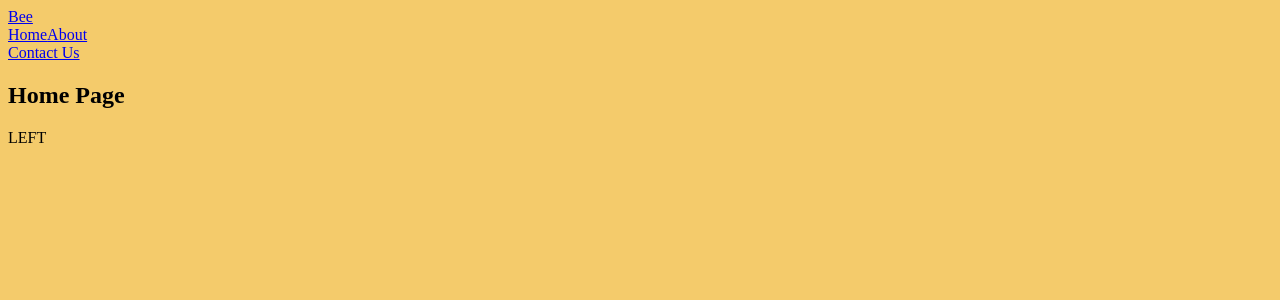
Repository: ble-syn/Random-user-generator-app
Page: /
These files come from the project's save history. The page is drawn as it stood at one moment and after the next save; the edit follows.
The browser window is 1280 px wide. The pictures show the whole page.
The project was rebuilt for these pictures with package versions that can differ from the ones it lists, and the page was loaded fresh each time. Also part of the build but not shown: src/pages/About.jsx, src/pages/Policy.jsx, src/pages/Terms.jsx, src/pages/Contact.jsx, src/pages/NotFound.jsx.

Above is the page before, as saved 2022-10-26 00:23:56.

### src/index.css
body {
  background-color: #F4CB6B;
}

### src/App.js
import { BrowserRouter as Router, Routes, Route, Navigate} from "react-router-dom";
import Navbar from "./components/Navbar";
import Home from "./pages/Home";
import About from "./pages/About";
import Policy from "./pages/Policy";
import Terms from "./pages/Terms";
import Contact from "./pages/Contact";
import NotFound from "./pages/NotFound";

function App() {
  return (
    <div className="appcontainer">
      <Router>
      <Navbar />
        <Routes>
          <Route path="/" element={<Home />} />
          <Route path="/about" element={<About />}>
            <Route path="policy" element={<Policy />} />
            <Route path="terms" element={<Terms />} />
          </Route>
          <Route path="/contact" element={<Contact />} />
          <Route path="/not-found" element={<NotFound />} />
          <Route path="*" element={<Navigate to="/not-found" />} />
        </Routes>
      </Router>

    </div>
  );
}

export default App;

### src/components/Navbar.jsx
import React from "react";
import { Link } from "react-router-dom";

function Navbar() {
    return (
      <nav className="header">
        <div className="logo">
          <Link to="/">Bee</Link>
        </div>


        <div>
            <Link to="/about">Home</Link>

            <Link to="/contact">About</Link>
        </div>
        <div>
            <Link to="/">Contact Us</Link>
        </div>
      </nav>
    );
  }

export default Navbar;

### src/pages/Home.jsx
import React from "react";

function Home() {
  return (
    <div>
      <h2> Home Page</h2>
      LEFT
      <div id="left">

      </div>
    </div>
  );
}

export default Home;

Loaded but not shown: public/index.html (common file); src/index.js (common file); src/reportWebVitals.js (common file)

After the next save:
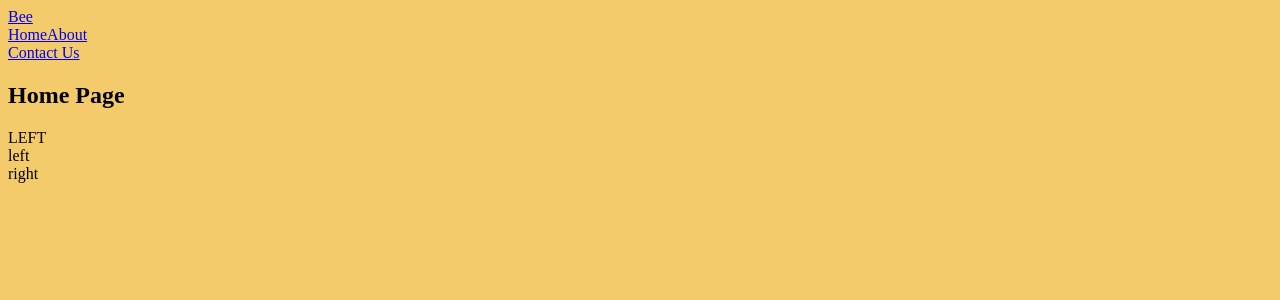
Saved 21 s later.
--- a/src/pages/Home.jsx
+++ b/src/pages/Home.jsx
@@ -6,7 +6,10 @@ function Home() {
       <h2> Home Page</h2>
       LEFT
       <div id="left">
-
+        left
+      </div>
+      <div>
+        right
       </div>
     </div>
   );
